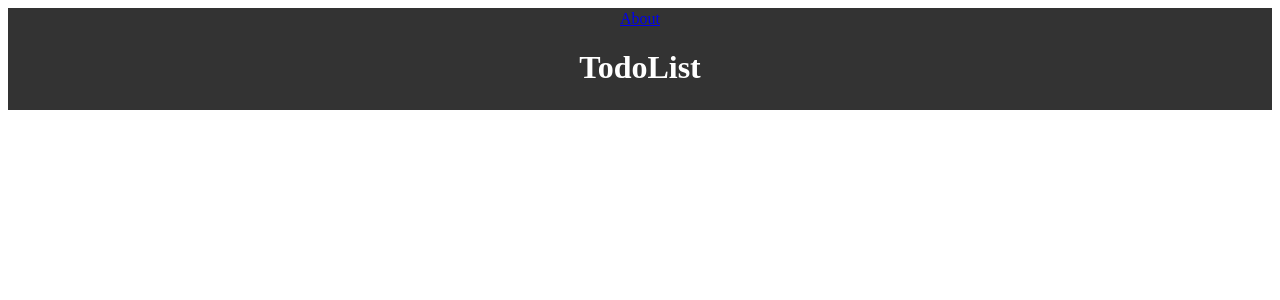
Repository: sumanthr18/TodoList
Page: /Header
These files come from the project's save history. The page is drawn as it stood at one moment and after the next save; the edit follows.
The browser window is 1280 px wide. The pictures show the whole page.
The project was rebuilt for these pictures with package versions that can differ from the ones it lists, and the page was loaded fresh each time. A package was used in the major version that the imports need, not the one package.json lists. Also part of the build but not shown: src/components/TodoItem.js, src/components/Todos.js, src/components/About.js.

Above is the page before, as saved 2020-03-08 20:00:08.

After the next save:
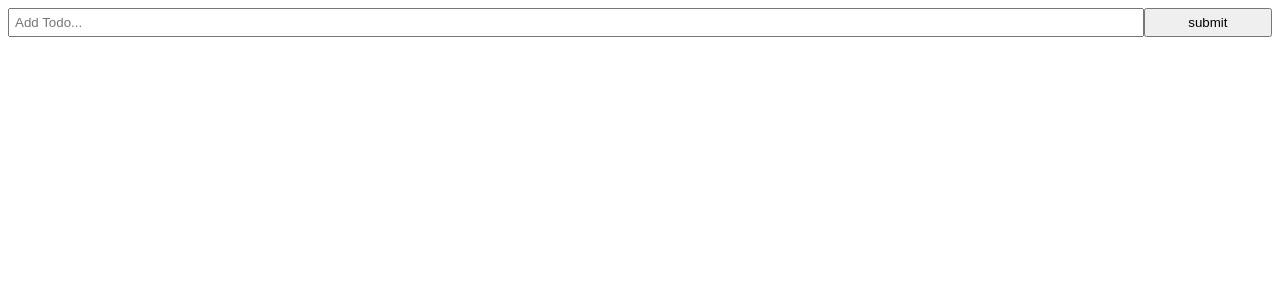
Saved 78 s later.
--- a/src/App.js
+++ b/src/App.js
@@ -57,7 +57,7 @@ addTodo=(title)=>{
         <div className="container">
           <Switch>
           <Route path='/About' component={About} />
-          <Route path='/Header' component={Header} exact/>
+          <Route path='/Header/:id' component={Header} exact/>
           <AddTodo addTodo={this.addTodo}/>
           <Todos todos={this.state.todos} markComplete={this.markComplete} delTodo={this.delTodo} />
           </Switch>
